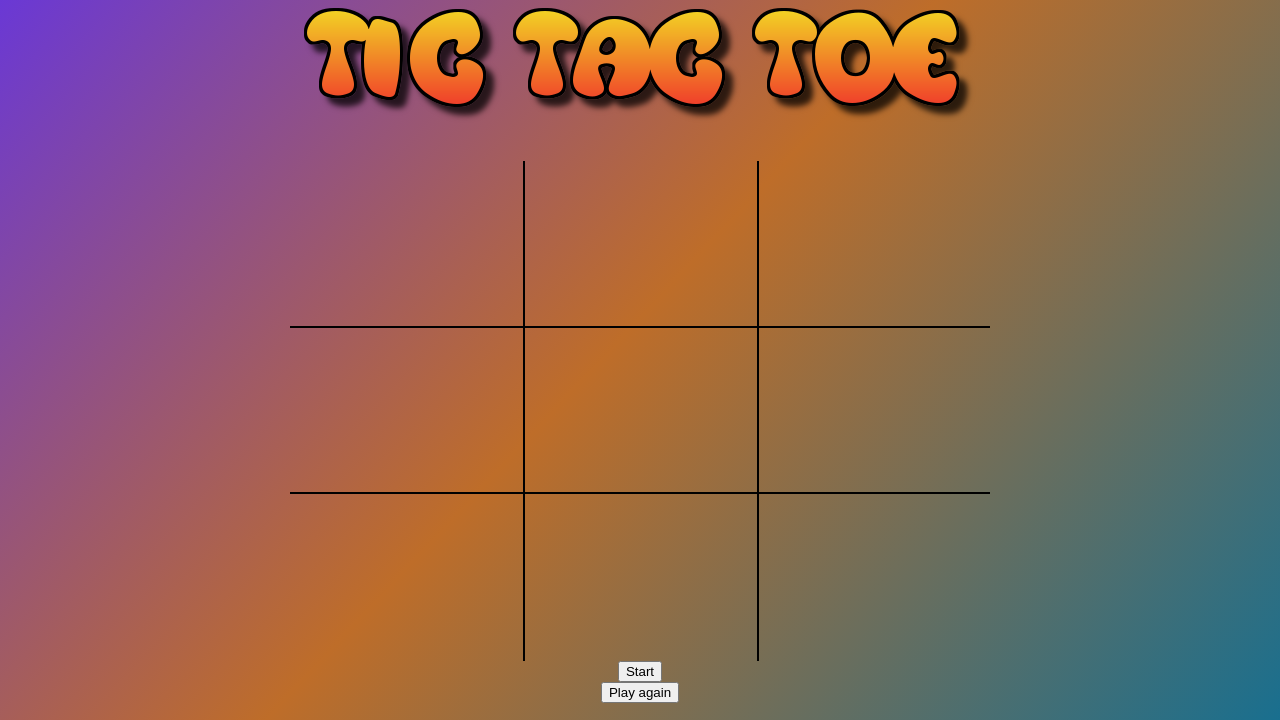
Repository: malx9/Project--5---Tic-Tac-Toe-with-AI
Page: index.html
The author's editor kept a copy of each file at every save. The page is drawn from the files as they stood at one save, then again after the next save.
The browser window is 1280 px wide. The pictures show the whole page.

Above is the page before, as saved 2023-12-25 17:33:08.

### index.html
<!DOCTYPE html>
<html lang="en">
  <head>
    <meta charset="UTF-8" />
    <meta name="viewport" content="width=device-width, initial-scale=1.0" />
    <link rel="stylesheet" href="styles.css" />
    <title>Tic Tac Toe</title>
  </head>
  <body>
    <header>
      <img class="logo" src="images/logo.png" />
    </header>
    <main>
      <div class="game--board">
        <div class="square square-1"></div>
        <div class="square square-2"></div>
        <div class="square square-3"></div>
        <div class="square square-4"></div>
        <div class="square square-5"></div>
        <div class="square square-6"></div>
        <div class="square square-7"></div>
        <div class="square square-8"></div>
        <div class="square square-9"></div>
      </div>
      <div class="game--options">
        <button class="game--options__button game--options__start">
          Start
        </button>
        <button class="game--options__button game--options__play">
          Play again
        </button>
      </div>
    </main>
  </body>
</html>

### styles.css
html {
  height: 100%;
  margin: 0;
}

body {
  margin: 0;
  background: rgb(106, 56, 213);
  background: linear-gradient(
    133deg,
    rgba(106, 56, 213, 1) 0%,
    rgba(190, 109, 41, 1) 48%,
    rgba(25, 111, 143, 1) 100%
  );
}

.logo {
  display: block;
  margin-left: auto;
  margin-right: auto;
  margin-bottom: 30px;
}

.game--board {
  display: grid;
  grid-template-columns: repeat(3, 1fr);
  grid-template-rows: repeat(3, 1fr);
  width: 700px;
  height: 500px;
  margin: auto;
}

.square {
  background-color: transparent;
  border: 2px solid #000000;
  border-top: 0;
  border-right: 0;
}

.square-7,
.square-8,
.square-9 {
  border-bottom: 0;
}

.square-1,
.square-4,
.square-7 {
  border-left: 0;
}

.game--options {
  display: block;
  margin: auto;
  width: 700px;
}

.game--options__button {
  display: flex;
  margin: auto;
}

After the next save:
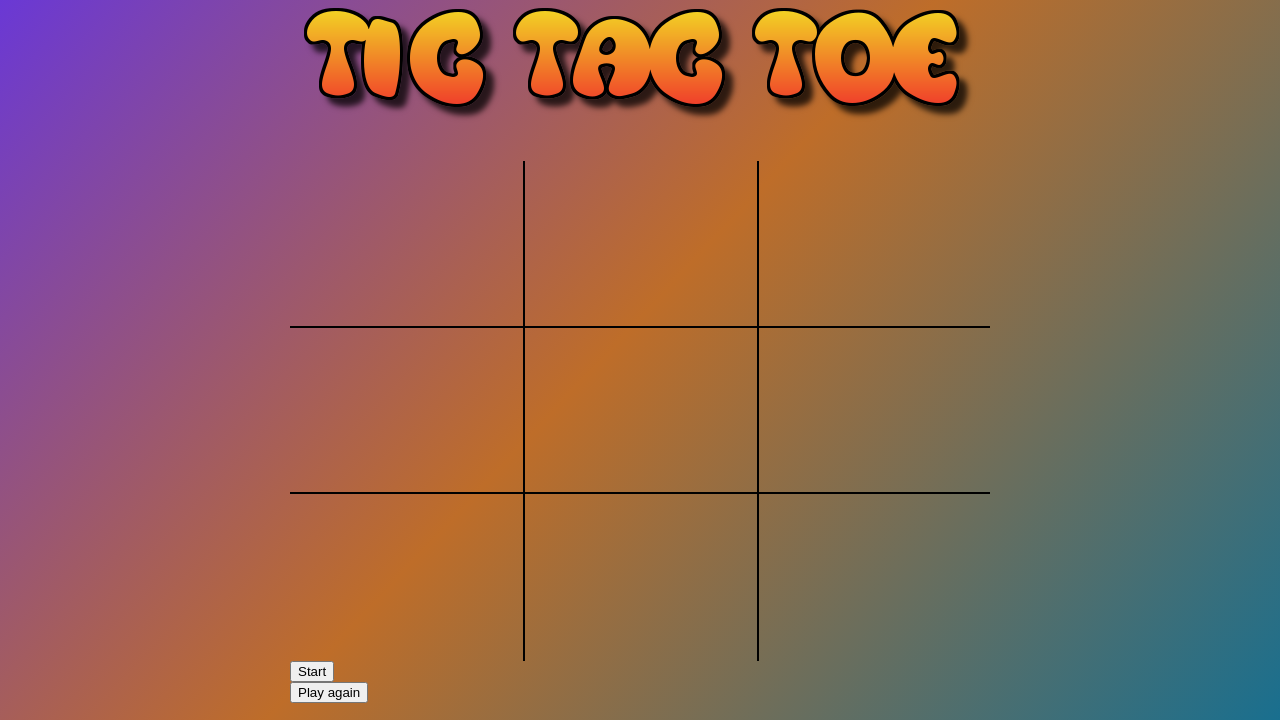
Saved 6 s later.
--- a/styles.css
+++ b/styles.css
@@ -57,5 +57,5 @@ body {
 
 .game--options__button {
   display: flex;
-  margin: auto;
+  justify-content: center;
 }
